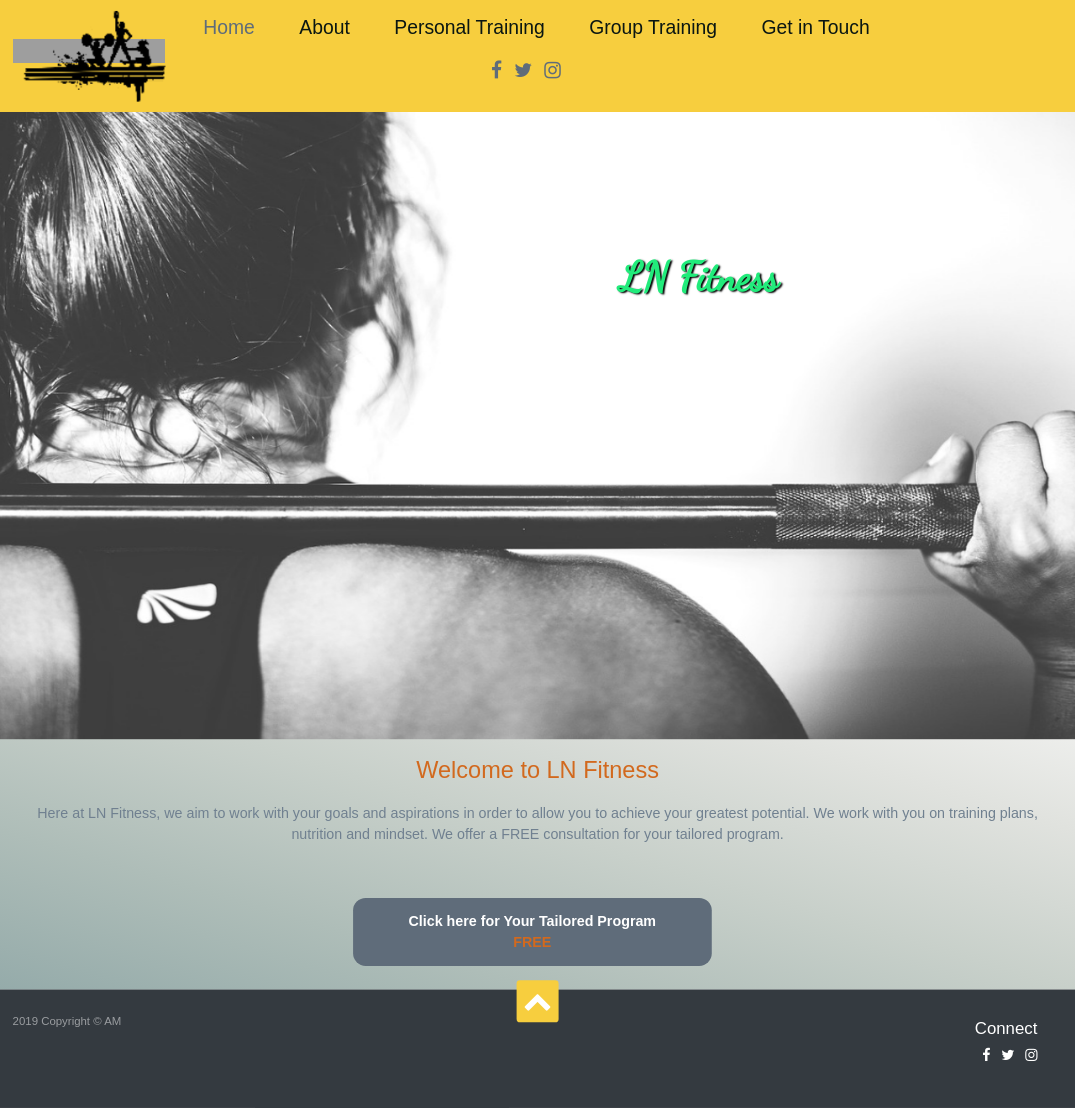
Repository: murphya14/Fitness-webpage
Page: index.html
The author's editor kept a record of every edit. The page is drawn from the files as they stood at one moment, then again after the next edit.
The browser window is 1280 px wide. The pictures show the whole page, at 84% of full size.
Pictures or frames that could not be fetched are drawn as grey boxes. Some web libraries are served in a nearby version.

Above is the page before.

### index.html
<!DOCTYPE html>
<html lang="en">

<head>
  <meta charset="UTF-8">
  <meta name="viewport" content="width=device-width, initial-scale=1.0">
  <meta http-equiv="X-UA-Compatible" content="ie=edge">
    <link rel="stylesheet" href="https://stackpath.bootstrapcdn.com/bootstrap/4.3.1/css/bootstrap.min.css" <link rel="stylesheet" href="https://stackpath.bootstrapcdn.com/font-awesome/4.7.0/css/font-awesome.min.css" type="text/css" />
  <link rel="stylesheet" href="assets/css/style.css" />
  <link rel="shortcut icon" type="image/x-icon" href="assets/favicon.ico">
  <link rel="stylesheet" href="https://cdnjs.cloudflare.com/ajax/libs/font-awesome/4.7.0/css/font-awesome.min.css">
  <link rel="stylesheet" type="text/css" href="//fonts.googleapis.com/css?family=Dancing+Script" />
   <script src="https://code.jquery.com/jquery-3.2.1.slim.min.js" integrity="sha384-KJ3o2DKtIkvYIK3UENzmM7KCkRr/rE9/Qpg6aAZGJwFDMVNA/GpGFF93hXpG5KkN" crossorigin="anonymous"></script>
  <title>Home</title>
</head>

<body>



  <header>
    <!-- Logo and Nav bar-->
    <!-- Used help from Stack overflow: https://stackoverflow.com/questions/23949804/how-to-change-link-color-bootstrap-->


    <nav class=" container-fliud navbar navbar-expand-lg navbar-custom  fixed-top navbar-light topnav">
      <div><a class="logo " href="index.html">
          <img src="assets/images/logo.png" alt="logo">
        </a></div>


      <div>
        <div>
          <ul class="nav justify-content-center container-fluid">

            <li class="nav-item">
              <a class="nav-link" id="active" href="index.html">Home</a>
            </li>
            <li class="nav-item ">
              <a class="nav-link" href="about.html">About</a>
            </li>
            <li class="nav-item  ">
              <a class="nav-link" href="personal-training.html">Personal Training</a>
              <li class="nav-item ">
                <a class="nav-link" href="group-training.html">Group Training</a>
              </li>

              <li class="nav-item ">
                <a class="nav-link" href="get-in-touch.html">Get in Touch</a>
              </li>
          </ul>

        </div>
        <!-- Select menu for Nav bar for smaller devices-->

        <select id="select">
    <option value="index.html" selected="selected">Home</div>
    <option value="about.html">About</option>
    <option value="personal-training.html">Personal Training</option>
    <option value="group-training">Group Training</option>
    <option value="get-in-touch">Get in Touch</option>
  </select>

        <!-- Social links-->

        <div class="row no-gutters">
          <div class="col">

            <div class="nav-link">

              <ul class="list-inline social-links">
                <li class="list-inline-item">
                  <a target="_blank" href="#">
                            <i class="fa fa-facebook" aria-hidden="true"></i>
                            <span class="sr-only">Facebook</span>
                        </a>
                </li>
                <li class="list-inline-item">
                  <a target="_blank" href="#">
                            <i class="fa fa-twitter" aria-hidden="true"></i>
                            <span class="sr-only">Twitter</span>
                        </a>
                </li>


                <li class="list-inline-item">
                  <a target="_blank" href="#">
                            <i class="fa fa-instagram" aria-hidden="true"></i>
                            <span class="sr-only">Instagram</span>
                        </a>
                </li>

              </ul>
            </div>
          </div>
        </div>

    </nav>


  </header>

  <!-- Container for main image -->


    <section class="section">
  <div class="cotainer-fluid">


      <div class="row main-image">

        <div class="col-md-12 col-sm-3 image">
          <img src="assets/images/home-pic.jpg" alt="Woman holding barbell">

          <h2 class="image-text">LN Fitness</h2>
        </div>
      </div>
  </div>

  <!-- Container for link to tailored programs -->

  <div class="container-fluid section">
    <div class="row">
      <div class="col-md-12 ">
        <h3 class="section-heading">Welcome to LN Fitness</h3>
        <p class=section-p >Here at LN Fitness, we aim to work with your goals and aspirations in order to allow you to achieve your greatest potential. We work with you on training plans, nutrition and mindset. We offer a FREE consultation for your tailored program.</a>
      </div>
      </p>
    </div>

    <div class="row">
    <div class="col-md-4 free-link"><a class="section-link" id="click-here-active" href="personal-training.html">Click here for Your Tailored Program<p class="highlight">FREE</p></a></div>

</div>

  </div>
  </div>
  </section>
  </div>




  <!-- footer-->

  <footer id="footer" class="container-fluid py-4 bg-dark text-white-50">
    <div class="row">

      <div class="col-sm-4 text-footer">
        <small>2019 Copyright &copy; AM</small></div>

      <div class="col-sm-4 "><a id="button"></a></div>


      <div class="col-sm-4">

        <!-- footer social media links-->
        <div class="footer-link">
          <h5 class="uppercase general-sub">Connect</h5>
          <ul class="list-inline social-links">
            <li class="list-inline-item">
              <a target="_blank" href="#">
                            <i class="fa fa-facebook" aria-hidden="true"></i>
                            <span class="sr-only">Facebook</span>
                        </a>
            </li>
            <li class="list-inline-item">
              <a target="_blank" href="#">
                            <i class="fa fa-twitter" aria-hidden="true"></i>
                            <span class="sr-only">Twitter</span>
                        </a>
            </li>


            <li class="list-inline-item">
              <a target="_blank" href="#">
                            <i class="fa fa-instagram" aria-hidden="true"></i>
                            <span class="sr-only">Instagram</span>
                        </a>
            </li>

          </ul>
        </div>

      </div>

  </footer>


  <!--------------Back to top button created with help from https://www.templatemonster.com/blog/back-to-top-button-css-jquery/--->
  <script src="https://code.jquery.com/jquery-3.4.1.slim.min.js"></script>
  <script src="https://cdnjs.cloudflare.com/ajax/libs/popper.js/1.15.0/umd/popper.min.js"></script>
  <script src="https://stackpath.bootstrapcdn.com/bootstrap/4.3.1/js/bootstrap.min.js"></script>


  <script>
    jQuery(document).ready(function() {

      var btn = $('#button');

      $(window).scroll(function() {
        if ($(window).scrollTop() > 300) {
          btn.addClass('show');
        }
        else {
          btn.removeClass('show');
        }
      });

      btn.on('click', function(e) {
        e.preventDefault();
        $('html, body').animate({ scrollTop: 0 }, '300');
      });

    });
  </script>




</body>

</html>

### assets/css/style.css
/*----------------------------------------------- Colours*/

.nav-link {
    color: #00ccff;
}

#active {
    color: #5F6C7A;
}

.navbar {
    background:#f7ce3e;

}


li a:hover {
    color: #f7ce3e;
}

/*--------------------------------------------- General*/

body {font-size: 17px;
    font-family: "arial", sans-serif;
    margin: 0; padding: 0; overflow-x:hidden;
}

.center {
  display: block;
  margin-left: auto;
  margin-right: auto;
  width: 50%;
}


.inline-block {
    display: inline-block;
}







.highlight {color:#D2691E;
    padding:0;
    margin:0;
}



col-lg-12 {
           text-align:center;
}

 col-lg-4{
 display:inline-block;
 float: none;
}





/*--------------------------------------------- Nav bar*/

nav ul {

    display: block;
    font-size: 23px;
    font-weight: 700;




}

    .nav-item {
        margin-left: 40px;
        position:relative;
    }

.logo {
    position: static;
    background: url("../images/rosie.jpg");
    background-position: center;
    background-repeat: no-repeat;
    margin-right:0px;
    padding-top: 10px;
    padding-left: 10px;
    min-height: 100px;
    transition: all .5s ease-in-out;
    -moz-transition: all .5s ease-in-out;
    -webkit-transition: all .5s ease-in-out;
    height: 10%;
    width: 25%;
}

.header {
    position: fixed;
    top: 0;
    left: 0;
    right: 0;
    background-color: #e84610;
    padding: 15px 15px;

}

nav select {
    display: none;
    background-color: #77C9D4;
    color: white;
    border: 1px solid #778899;
   position: relative;
   cursor: pointer;
   top: 100%;
  left: 0;
  right: 0;
  z-index: 99;
  width: 30px;

}

#select {color: #f7ce3e;
    background-color: #5F6C7A;
}


.nav-link
{color: #0A1612;
text-align: center;
padding: 8px;
    margin-right: 0;
    display: block;

    font-size:33;
    font-weight: 500;
    padding-left: 5px;
      transition: all 0.35s ease-in-out;
    -moz-transition: all 0.35s ease-in-out;
    -webkit-transition: all 0.35s ease-in-out;
    -o-transition: all 0.35s ease-in-out;
    max-width:100%;

}
/*-------------------------Social links*/
nav a {color:#5F6C7A;}

nav a:hover {
    color: white;
}

/*-------------------------------------------Section*/

/*-------------------------Section Image*/

.main-image {max-width:100%;
    height:100%;
    padding-left:0;
    padding-right:0;
    position: relative;
    transform: translate(-5%, +10%);
    margin: 0;


}



.image-text {
   position: absolute;
   top: 250px;
   left: 70%;
   width: 100%;
   color:#21EB7B;
   font-family: "Dancing Script";
   font-size: 48px;
   font-variant: normal;
   font-weight: 700;
   line-height: 26.4px;
   text-shadow: 2px 2px 2px #000;
    transform: translate(-50%, -50%);
 }


/*------------------Index.html*/

/*------------------https://mycolor.space/gradient?ori=to+right+top&hex=%2395ABAA&hex2=%23F6F6F5&sub=1*/
 .section {background-image: linear-gradient(to right top, #95abaa, #aebdb8, #c8d0ca, #e0e2de, #f6f6f5);
  text-align: center;
  max-width:100%;
  overflow:hidden;

 }

.section-heading {color: #D2691E;
            text-align: center;
            margin-top:100px;
}

.section-p {padding:12px;
margin:10px;
    padding-bottom: 50px;
;
color: #708090;
text-align: center;
 max-width:100%;

}

.section-p-about {padding:15px;
    text-align: center;
     width:100%;
     margin:10px;
     margin-bottom: 40px;}



.free-link {text-align: center;
    font-weight: 700;
    background-color: #5F6C7A;
    font:white;
    padding:15px;
    margin:15px;
    border-radius:15px;
      display:block;
  bottom: 5px;

  transition: background-color .3s;
  z-index: 1000;
  position: relative;
   left: 55%;
   transform: translate(-50%,-50%);


}

.section-link {color:white;
 width:120px;


}


.section a:hover {color:#f7ce3e;
text-decoration:none;

}

/*------------------About.html*/


/* With help from https://www.w3schools.com/css/tryit.asp?filename=trycss_transparency*/

div.transbox {
  margin: 50px;
  border-radius: 4px;
  background-color: black;
  opacity: 0.6;
  filter: alpha(opacity=60);
  padding: 10px;

  width:100%;
  height:100%;
 position:relative;
 transform: translateY(-10%);
 border: 20px;

}




.content{margin: auto;
display: flex;
justify-content: center;
align-items: center;
resize: both;
padding-top: 0px !important;

}


div.transbox p {
  margin: 5%;
  font-weight: bold;
  color: #F5F4F4;
}

.box-heading {font-weight:700;
color:#87D63E;}


/*------------------personal-training.html*/

.col-md-10 {transform: translate(+5%,0);}

.transbox-testimony {height:100%;
padding-top: 5%;

}



/*------------------group-trainig.html*/

iframe {margin-bottom: 40px;}


/*------------------get-in-touch.html*/


  .row {
  display: flex;
}

.column {
  flex: 50%;
}

.main-image-contact {transform: translate(-5%,0%);
width:100%;
margin:0;

}

.contact-box {
 padding-top:40px;
  height:100%;
 position:relative;
 transform: translateX(-10%);



}

.box-heading {padding-top:20px;}

.btn {

  color: black;
  font-weight:700;
  padding: 15px 20px;
  border: none;
  cursor: pointer;
  background-color:#f7ce3e;
 width:50%;
}

.btn:hover {
  opacity: 1;
  background-color:#D2691E ;
  color: white;
}

.center-form {opacity:1;
   }

.custom-checkbox {margin: 15px;
color:#D2691E;}



/*--------------------------------------------- footer*/

#button {
  text-align: center;
  display: inline-block;
  background-color: #f7ce3e;
  width: 50px;

  border-radius: 4px;
  bottom: 10px;
  right: 30px;
  transition: background-color .3s;
  z-index: 1000;
  position: relative;
   left: 50%;

     transform: translate(-50%,-50%);


}


#button:hover {
  cursor: pointer;
  background-color: #333;
}
#button:active {
  background-color: #555;
}

#button::after {
  content: "\f077";
  font-family: FontAwesome;
  font-weight: normal;
  font-style: normal;
  font-size: 2em;
  line-height: 50px;
  color: #fff;
}

.footer-link
{color: white;
text-align: right;

    float: none;
    padding-bottom: 10px;
    padding-right: 30px;
    padding-top:10px;
    font-size:33;
    font-weight: 500;
    padding-left: 5px;
      transition: all 0.35s ease-in-out;
    -moz-transition: all 0.35s ease-in-out;
    -webkit-transition: all 0.35s ease-in-out;
    -o-transition: all 0.35s ease-in-out;

}

footer a {color:white;}

 footer  a:hover {
    color: #f7ce3e;
}

.text-footer {float: left;
padding-bottom: 5px;
text-align: left;

}

#footer { min-height: 120px;

    margin: 0;
    padding: 15px;
    max-width:100%;}



/*------------- Responsive design*/

/* Extra small devices (phones, 600px and down) */


@media only screen and (max-width:600px) {

/*------------------------------------- Changing the menu to a select bar for smaller screens*/

    nav select {
        display: inline-block;
        width: 55%;
        height: 25%;
          border-radius: 4px;
        position: left;
    }
    .nav-item {
        display: none;
    }
    .logo {
        position: right;
        height: 80%;
    }
     .column {
    width: 100%;
  }

  .navbar {position: relative;}





.text-footer {margin-top: 30px;}

.mobile-link {
    margin: 40px;
    margin-right: 100px;
    padding-bottom: 10px;
}

.timetable-link {
     transform: translate(-50%, 0);
    margin-top: 40px;}



    .logo {
        position: right;
        height: 80%;
    }
     .column {
    width: 100%;
    height:100%;
  }

  .navbar {position: relative;}

   .main-image img {display:none;}

  .image-text {
  margin: 0;
  position: absolute;
  top: 50%;
  left: 50%;
  transform: translate(-50%, 60%);}

footer #button {position:relative;
   top:-150%;
}



iframe {display:none;}



section img {display:none;}


.box { transform: translate(-15%, 0);
    padding:10px;
}

.free-link { transform: translate(-75%, 0);
    margin:40px;
}

.timetable-link { transform: translate(-65%, 0);
      margin:30px;
}


.contact-box{
margin: 10px;
padding-top: 10px;
transform: translate(-15%, -20%);

}


}


/* Medium devices (landscape tablets, 768px and up) */

@media only screen and (min-width: 768px){
.section-p-about {  transform: translate(25%, 0);}


.timetable-link {margin:300px;
    margin-top:50px;
    width: 50%;
}
iframe {margin-left: 50px;}

.box { margin:30px;
    padding:10px;
}


 iframe, .box {transform: translate(-5%, 0);}


 .free-link {transform: translate(-70%, -10%);}


 .mobile-only {display:none;}

}


@media only screen and (max-width: 768px){

 .contact-box {
 padding-top:200px;}




.timetable-link {transform: translate(-200%, -10%);}

.main-image-contact {display:none;}

}
/* Large devices (laptops/desktops, 992px and up) */

@media only screen and (max-width: 992px) {

.mobile-only {display:none;}



}
/* Medium/large devices  (Ipad Pro, 1024px and up) */

@media only screen and (max-width: 1024px) {

.main-image-contact {display:none;}


}

/* Extra large devices (large laptops and desktops, 1200px and up) */

@media only screen and (min-width: 1200px) {

 .mobile-only {display:none;}

 .timetable-link {transform: translate(-130%, -10%);}


.transbox {transform: translate(10%, 0);}

.contact-box {
 padding-top:30px;
  height:100%;
 position:relative;
 transform: translateX(-10%);
 column-span: all;
margin-bottom: 0;
margin-top:0;
float:right;


}
}

After the next edit:
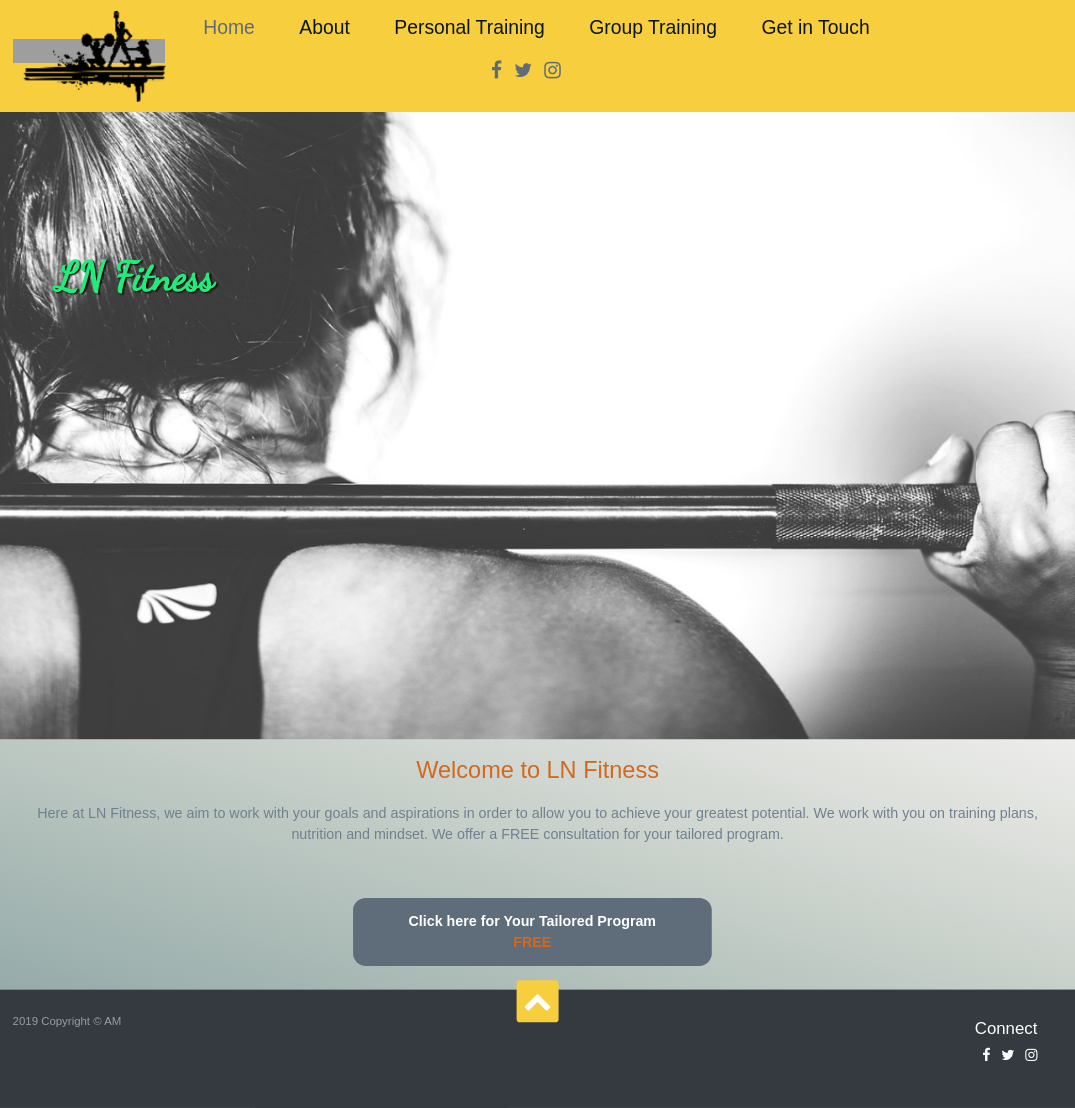
The edit:
--- a/index.html
+++ b/index.html
@@ -109,7 +109,7 @@
 
       <div class="row main-image">
 
-        <div class="col-md-12 col-sm-3 image">
+        <div class="col col-sm-3 image">
           <img src="assets/images/home-pic.jpg" alt="Woman holding barbell">
 
           <h2 class="image-text">LN Fitness</h2>
